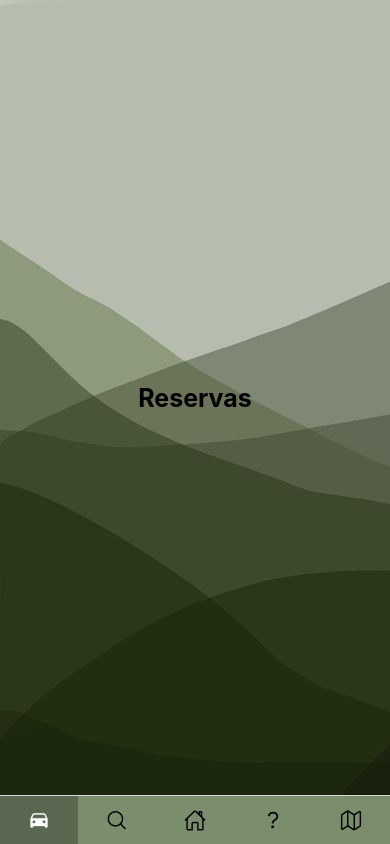
Repository: GabrielAron/EcoWheels
Screen: /
These files come from the project's save history. The screen is drawn as it stood at one moment and after a run of saves; the edit follows.
The app was drawn by React Native's web renderer in a window 390 px wide. The project was rebuilt for these pictures with package versions that can differ from the ones it lists, and the page was loaded fresh each time. Also part of the build but not shown: src/Paginas/Home/index.js, src/Paginas/Carros/index.js, src/Paginas/Ajuda/index.js, src/Paginas/Mapa/index.js.

Above is the screen before, as saved 2023-11-07 12:55:34.

After the next 6 saves:
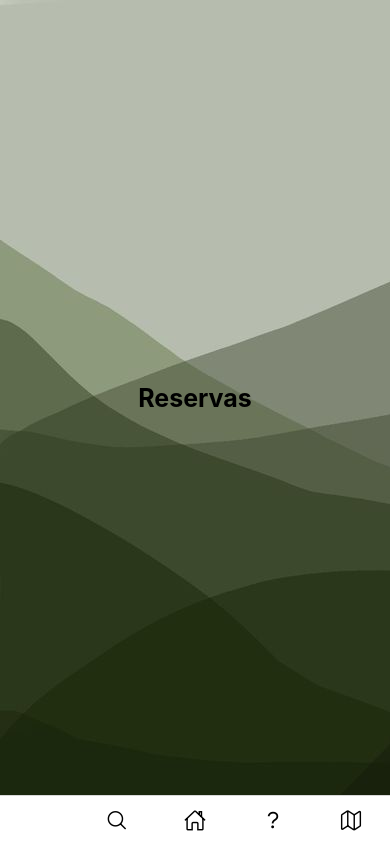
The 6 saves are shown as one change because 2 did not build or start and some came seconds apart.
The last was saved 76 s later.
--- a/src/Paginas/routes.js
+++ b/src/Paginas/routes.js
@@ -17,11 +17,11 @@
       <Tab.Navigator
         tabBarOptions={{
           showLabel: false, // Oculta as etiquetas de texto das guias
-          style: {
+
             height: 60,
             backgroundColor: '#f5f5f5',
-          },
-          tabBarStyle:{
+
+
             position: 'absolute',
             borderTopWidth: 0,
             elevation: 0,
@@ -31,12 +31,13 @@
             bottom: 14,
             left: 14,
             right: 14,
-          },
+
           tabStyle: {
             elevation: 0,
-          },
+
           inactiveBackgroundColor: '#7A8D6D',
           activeBackgroundColor: '#5A6851',
+          }
         }}
       >
         <Tab.Screen

After the save that followed:
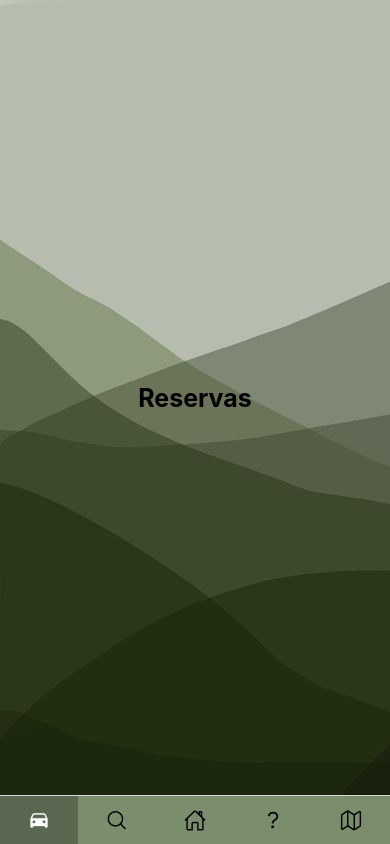
Saved 10 s later.
--- a/src/Paginas/routes.js
+++ b/src/Paginas/routes.js
@@ -18,10 +18,7 @@
         tabBarOptions={{
           showLabel: false, // Oculta as etiquetas de texto das guias
 
-            height: 60,
-            backgroundColor: '#f5f5f5',
-
-
+          tabBarStyle:{
             position: 'absolute',
             borderTopWidth: 0,
             elevation: 0,
@@ -31,13 +28,12 @@
             bottom: 14,
             left: 14,
             right: 14,
-
+          },
           tabStyle: {
             elevation: 0,
-
+          },
           inactiveBackgroundColor: '#7A8D6D',
           activeBackgroundColor: '#5A6851',
-          }
         }}
       >
         <Tab.Screen
